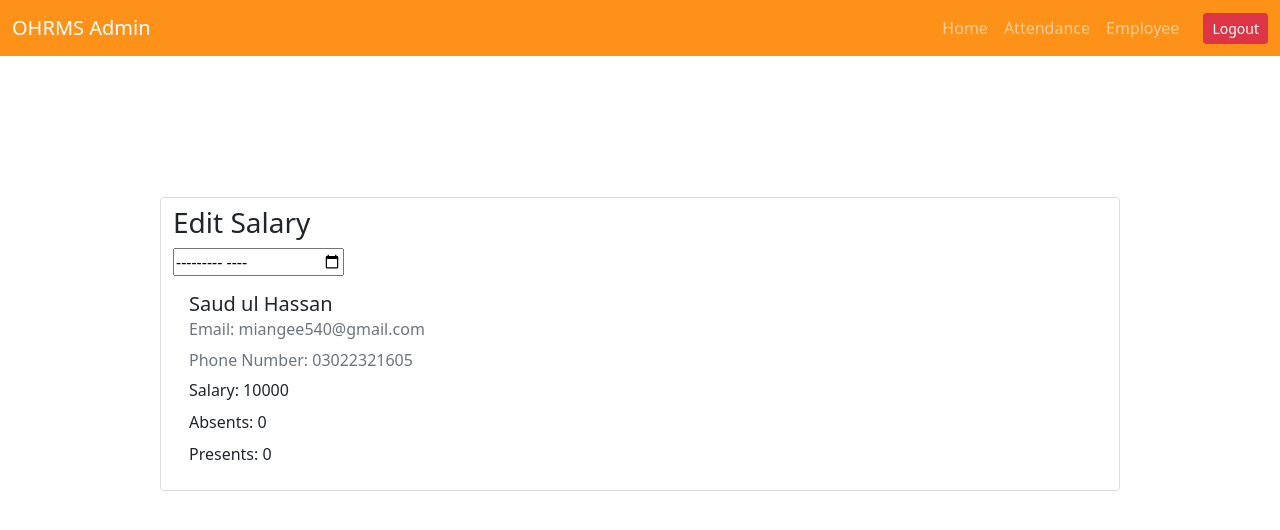
Repository: SaudCh/PHP-OHRMS
Page: http://localhost/admin/edit-salary?id=49
These files come from the project's save history. The page is drawn as it stood at one moment and after the next save; the edit follows.
The browser window is 1280 px wide. The pictures show the whole page.
Some web libraries are served in a nearby version. The page is run by PHP 8.4 with error messages shown; the project is at /var/www/html/. The session is filled in as if someone had signed in: {"admin": "admin@ohrm.com"}. Other server files are loaded and not shown. The database holds what the project's SQL file puts in it. Queries for data that is not in the repository find no rows.

Above is the page before, as saved 2022-06-05 22:54:04.

### admin/edit-salary.php
<!DOCTYPE html>
<html lang="en">

<head>
    <meta charset="UTF-8">
    <meta http-equiv="X-UA-Compatible" content="IE=edge">
    <meta name="viewport" content="width=device-width, initial-scale=1.0">
    <?php require "../assets/includes/link.includes.php" ?>

    <title>OHRMS</title>
</head>

<body>
    <?php require "./assets/Components/header.php" ?>
    <div class="container-fluid">
        <div class="row align-items-center justify-content-center" style="min-height: 80vh;">

            <div class="card col-11 col-md-9">
                <div class="d-flex align-items-center justify-content-between mt-2">
                    <form action="">
                        <h3>Edit Salary</h3>
                        <div>
                            <input type="month" id="date" name="date">
                        </div>
                    </form>
                </div>
                <?php
                $id = $_GET['id'];
                $sql = "select * from employee where empId = '$id'";
                $results = mysqli_query($con, $sql);
                $rescheck = mysqli_num_rows($results);
                if ($rescheck > 0) {
                    while ($row = mysqli_fetch_assoc($results)) {
                ?>
                        <div class="card-body">
                            <h5 class="card-title"><?= $row["name"] ?></h5>
                            <h6 class="card-subtitle mb-3 text-muted">Email: <?= $row['emailAddress'] ?></h6>
                            <h6 class="card-subtitle mb-2 text-muted">Phone Number: <?= $row['phoneNumber'] ?></h6>
                            <p class="card-text p-0 m-0 mb-2">Salary: <?= $row['salary'] ?></p>


                    <?php }
                } ?>

                    <?php
                    $absent = 0;
                    $present = 0;

                    $id = $_GET['id'];
                    $sql = "select * from attendance where empId = '$id' and date > '2022-05-1'";
                    $results = mysqli_query($con, $sql);
                    $rescheck = mysqli_num_rows($results);
                    if ($rescheck > 0) {
                        while ($row = mysqli_fetch_assoc($results)) {
                            if ($row['status'] == 'Present') {
                                $present++;
                            } else {
                                $absent++;
                            }
                        }
                    }
                    ?>

                    <p class="card-text p-0 m-0 mb-2">Absents: <?= $absent ?></p>
                    <p class="card-text p-0 m-0 mb-2">Presents: <?= $present ?></p>
                        </div>

            </div>
        </div>
    </div>
</body>

</html>

### assets/includes/link.includes.php
<link href="https://cdn.jsdelivr.net/npm/bootstrap@5.0.2/dist/css/bootstrap.min.css" rel="stylesheet" integrity="sha384-EVSTQN3/azprG1Anm3QDgpJLIm9Nao0Yz1ztcQTwFspd3yD65VohhpuuCOmLASjC" crossorigin="anonymous">
<script src="https://cdn.jsdelivr.net/npm/bootstrap@5.0.2/dist/js/bootstrap.bundle.min.js" integrity="sha384-MrcW6ZMFYlzcLA8Nl+NtUVF0sA7MsXsP1UyJoMp4YLEuNSfAP+JcXn/tWtIaxVXM" crossorigin="anonymous"></script>
<script src="https://cdn.jsdelivr.net/npm/@popperjs/core@2.9.2/dist/umd/popper.min.js" integrity="sha384-IQsoLXl5PILFhosVNubq5LC7Qb9DXgDA9i+tQ8Zj3iwWAwPtgFTxbJ8NT4GN1R8p" crossorigin="anonymous"></script>
<script src="https://cdn.jsdelivr.net/npm/bootstrap@5.0.2/dist/js/bootstrap.min.js" integrity="sha384-cVKIPhGWiC2Al4u+LWgxfKTRIcfu0JTxR+EQDz/bgldoEyl4H0zUF0QKbrJ0EcQF" crossorigin="anonymous"></script>

<script src="https://kit.fontawesome.com/5d60ba127b.js" crossorigin="anonymous"></script>

<link rel="stylesheet" href="./assets/css/style.css" type="text/css">
<link rel="stylesheet" href="./assets/css/footer.css" type="text/css">
<style>
    .link {
        text-decoration: none;
    }
</style>

### admin/assets/Components/header.php
<?php
session_start();
$email = '';

include '../assets/config/dbconfig.php';

if (isset($_SESSION['admin'])) {
    $email = $_SESSION['admin'];
} else {
    header("location: login");
}
?>
<nav class="navbar navbar-expand-lg navbar-dark" style="background-color: #fe9117;">
    <div class="container-fluid">
        <a class="navbar-brand" href="index">OHRMS Admin</a>
        <button class="navbar-toggler" type="button" data-bs-toggle="collapse" data-bs-target="#navbarSupportedContent" aria-controls="navbarSupportedContent" aria-expanded="false" aria-label="Toggle navigation">
            <span class="navbar-toggler-icon"></span>
        </button>
        <div class="collapse navbar-collapse" id="navbarSupportedContent">
            <ul class="navbar-nav ms-auto me-3 mb-2 mb-lg-0">
                <li class="nav-item">
                    <a class="nav-link" aria-current="page" href="index">Home</a>
                </li>
                <li class="nav-item">
                    <a class="nav-link" href="attendance">Attendance</a>
                </li>
                <li class="nav-item">
                    <a class="nav-link" href="employee">Employee</a>
                </li>
            </ul>
            <?php

            if (isset($_SESSION['admin'])) {
                echo '<a href="./assets/includes/admin-logout.includes.php" class="btn btn-sm btn-danger">Logout</a>';
            } else {
                echo '<a href="login" class="btn btn-sm btn-success">Login/Register</a>';
            }
            ?>

        </div>
    </div>
</nav>

### assets/config/dbconfig.php
<?php
// Database configuration
$dbHost     = "localhost";
$dbUsername = "root";
$dbPassword = "";
$dbName     = "ohrms";

// $dbHost     = "sql102.epizy.com";
// $dbUsername = "epiz_31455211";
// $dbPassword = "Kr3NNcrNvT9Mx4";
// $dbName     = "epiz_31455211_ohrms";

// Create database connection
$db = new mysqli($dbHost, $dbUsername, $dbPassword, $dbName);
$con=mysqli_connect($dbHost, $dbUsername, $dbPassword,$dbName);

// Check connection
if ($db->connect_error) {
    die("Connection failed: " . $db->connect_error);
}

### assets/css/footer.css
.back-to-top {
  cursor: pointer;
  position: fixed;
  bottom: 30px;
  right: 20px;
  display: none;
  z-index: 10;
}

.footer {
  background-color: #fe9126;
  display: flex;
  color: white;
  z-index: 2;
}

.footer a {
  color: white;
  text-decoration: none;
  font-weight: 500;
}

.footer-links ul {
  text-align: left;
}

.footer-links li {
  list-style: none;
}

.copyright {
  color: white;
  background-color: #fe9126;
}

### sql/ohrms.sql (the tables this page reads)
CREATE TABLE `employee` (
  `empId` int(11) NOT NULL,
  `name` char(50) NOT NULL,
  `phoneNumber` varchar(15) NOT NULL,
  `department` char(10) NOT NULL,
  `emailAddress` varchar(50) NOT NULL,
  `password` varchar(255) NOT NULL,
  `address` varchar(100) NOT NULL,
  `gender` char(10) NOT NULL,
  `salary` int(10) NOT NULL DEFAULT 10000,
  `token` varchar(255) NOT NULL,
  `empStatus` int(1) NOT NULL DEFAULT 0,
  `created` datetime NOT NULL DEFAULT current_timestamp(),
  `tempMail` varchar(20) NOT NULL
) ENGINE=InnoDB DEFAULT CHARSET=utf8mb4;

INSERT INTO `employee` (`empId`, `name`, `phoneNumber`, `department`, `emailAddress`, `password`, `address`, `gender`, `salary`, `token`, `empStatus`, `created`, `tempMail`) VALUES
(49, 'Saud ul Hassan', '03022321605', 'IT', 'miangee540@gmail.com', '$2y$10$tnkPhTnqi.jBUQkl8uiTEePtk4Auc3IYuPundD76d2H41YGcwugUW', '123 B Comsats\r\n123', 'male', 10000, '1bb7c8eb79b1d6be961371dabf6745', 1, '2022-06-13 18:56:53', 'miangee540@gmail.com'),
(51, 'Cedric Sampson', '+16473759896', 'Finance', 'saudchaudhary0@gmail', '$2y$10$8lcl4ARF2QZ6ryeaVm7qlOr02QNJMQFGSRC1rsK8to0F42cu8QcHu', 'Mollitia et et deser', 'female', 21000, '6e4e9ff9110491b8cb7f122b012c2c', 0, '2022-06-13 19:32:44', 'saudchaudhary0@gmail');

ALTER TABLE `employee`
  ADD PRIMARY KEY (`empId`);

ALTER TABLE `employee`
  MODIFY `empId` int(11) NOT NULL AUTO_INCREMENT, AUTO_INCREMENT=52;

Loaded but not shown: assets/css/style.css (common file)

After the next save:
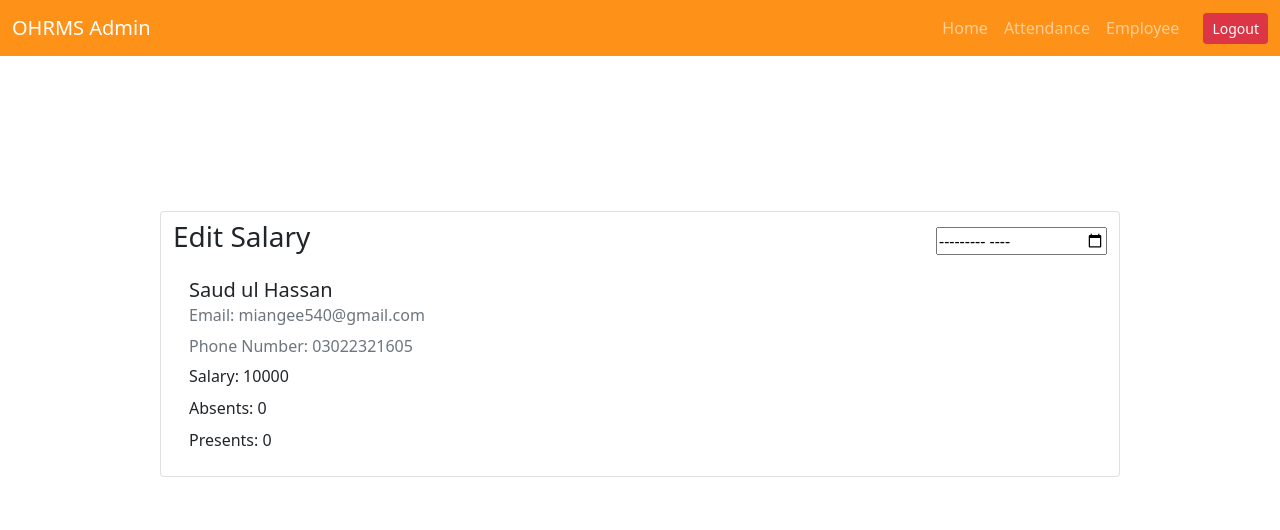
Saved 67 s later.
--- a/admin/edit-salary.php
+++ b/admin/edit-salary.php
@@ -17,12 +17,12 @@
 
             <div class="card col-11 col-md-9">
                 <div class="d-flex align-items-center justify-content-between mt-2">
-                    <form action="">
-                        <h3>Edit Salary</h3>
-                        <div>
-                            <input type="month" id="date" name="date">
-                        </div>
-                    </form>
+
+                    <h3>Edit Salary</h3>
+                    <div>
+                        <input type="month" id="date" name="date">
+                    </div>
+
                 </div>
                 <?php
                 $id = $_GET['id'];
